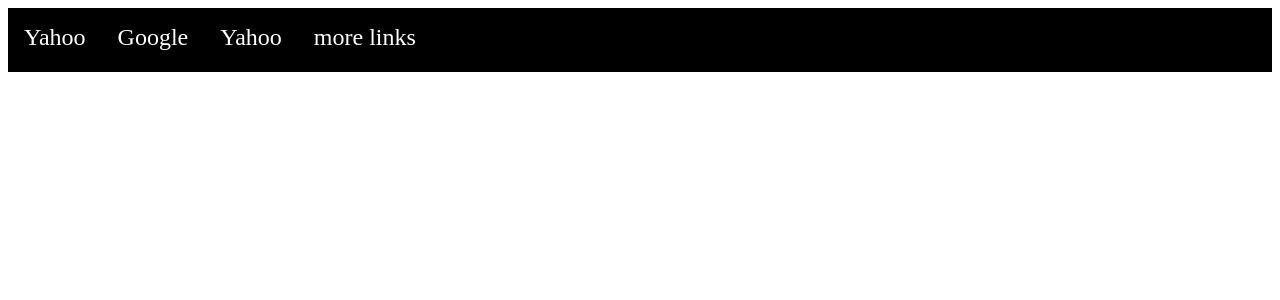
Repository: JamesConner15/JamesConner15.github.io
Page: index.html
The author's editor kept a record of every edit. The page is drawn from the files as they stood at one moment, then again after the next edit.
The browser window is 1280 px wide. The pictures show the whole page.

Above is the page before.

After the next edit:
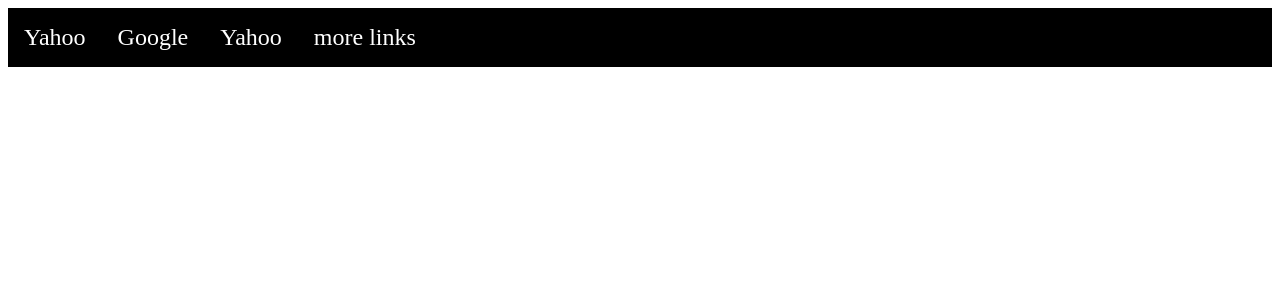
The edit:
--- a/index.html
+++ b/index.html
@@ -5,9 +5,7 @@
 <style>
     .navbar{
       background-color:black;
-
-      width:100%;
-   height:64px;
+    overflow:hidden;
     }
 
    .navbar a{
